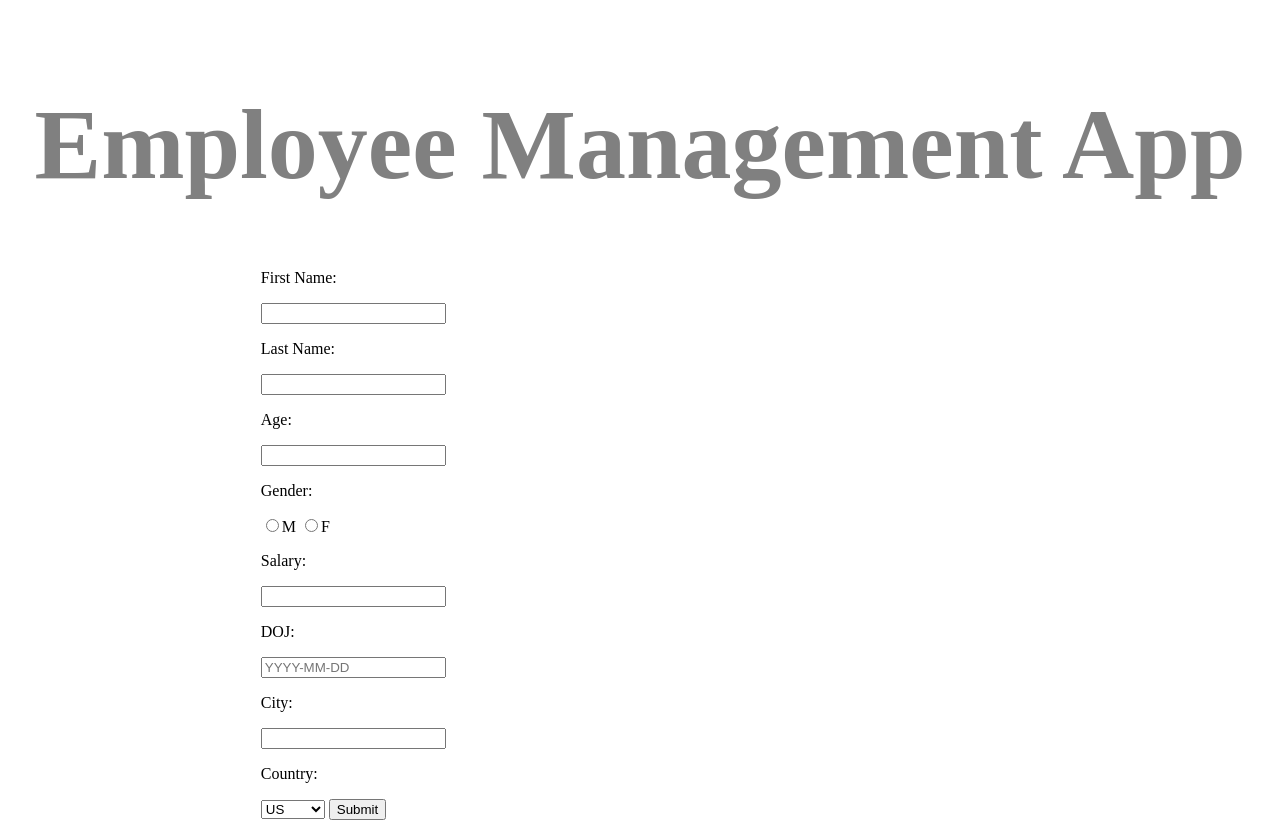
Repository: SaumyaGuptaTechnokrat/Employee_management
Page: http://localhost/Employee/index.jsp
The author's editor kept a copy of each file at every save. The page is drawn from the files as they stood at one save, then again after the next save.
The browser window is 1280 px wide. The pictures show the whole page.
The page is served by Tomcat 9.

Above is the page before, as saved 2023-02-10 17:28:17.

After the next save:
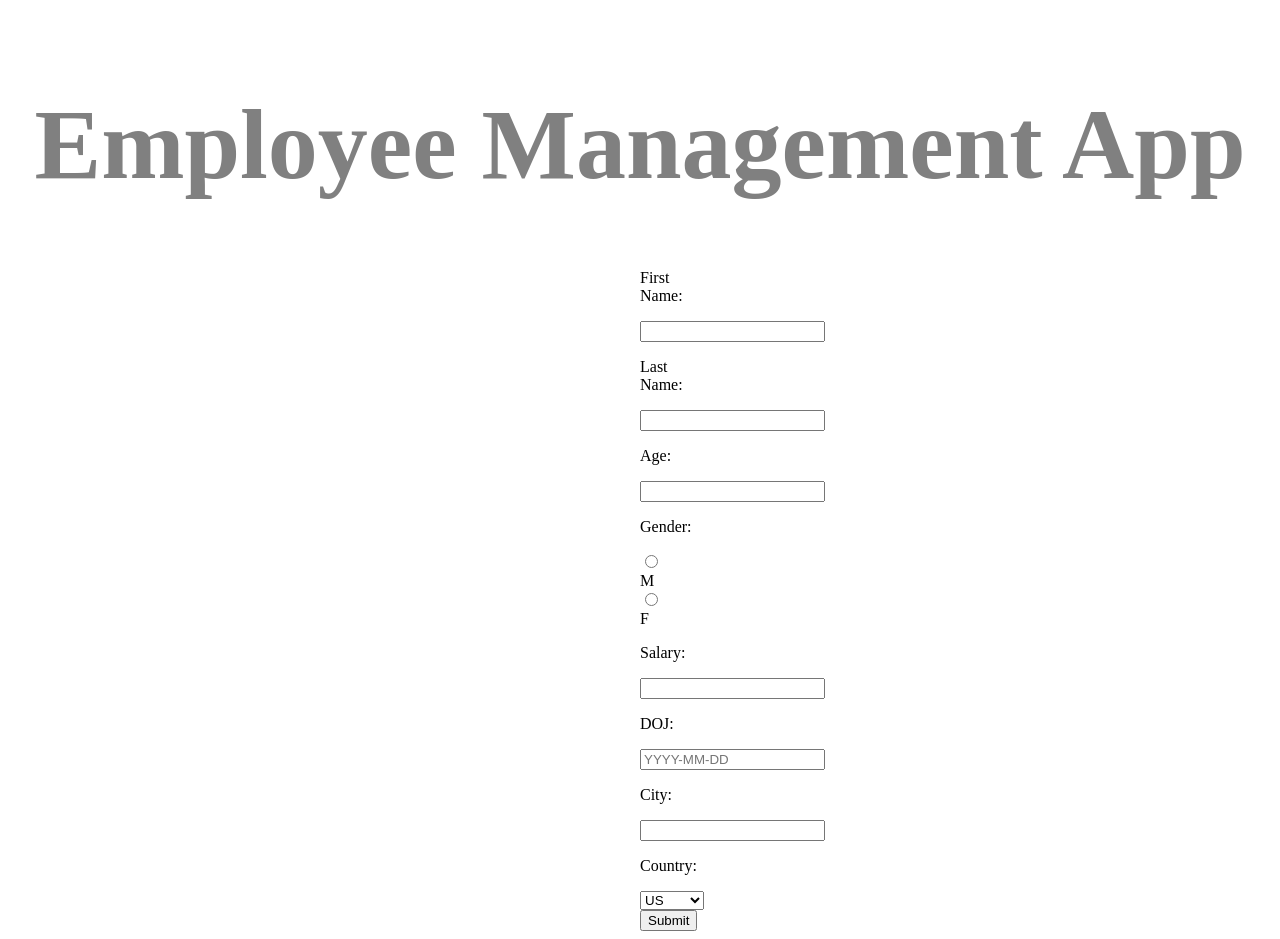
Saved 10 s later.
--- a/Employee/src/main/webapp/index.jsp
+++ b/Employee/src/main/webapp/index.jsp
@@ -9,7 +9,7 @@
 </head>
 <body>
 <h1 style="text-align:center;padding-top:20px;color:gray;font-size:100px;">Employee Management App</h1>
-<div style="margin:0% 20%;">
+<div style="margin:0% 50%;">
 <form action="addRecord.jsp" method="post" >
 
 		<p>First Name:</p><input name="fName" type="text"><br>
